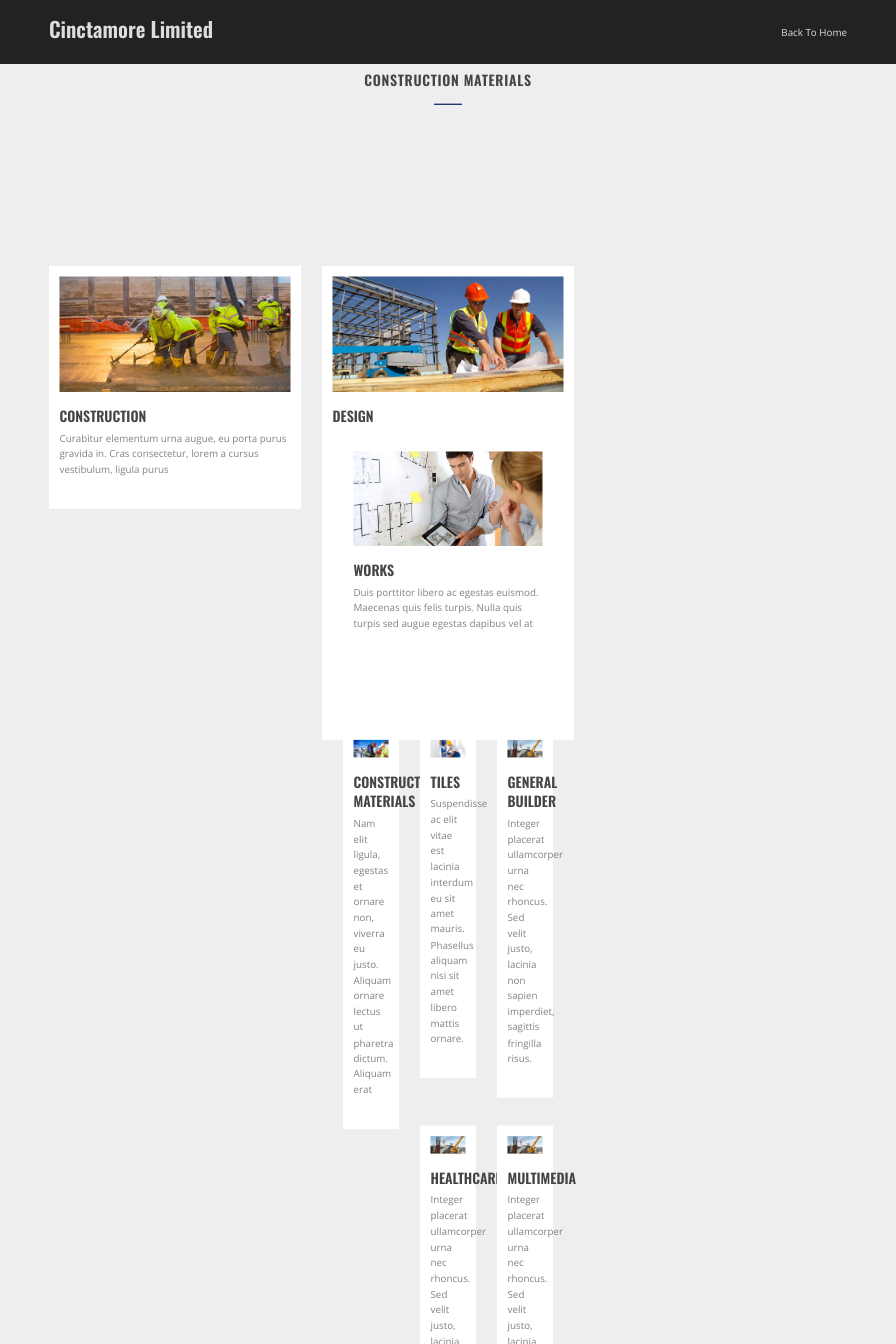
Repository: techieaccl/techieaccl.github.io
Page: construction-materials.html
The author's editor kept a copy of each file at every save. The page is drawn from the files as they stood at one save, then again after the next save.
The browser window is 1280 px wide. The pictures show the part of the page from y = 0 to 1920 px (the page is 2813 px tall before and 1726 px after), at 70% of full size.
Some web fonts or font styles are not loaded; a fallback is used.

Above is the page before, as saved 2021-09-07 08:57:19.

### construction-materials.html
<!DOCTYPE html>
<html>
    <head>
		<title>Construction Materials</title>
		<meta charset="utf-8">
		<meta name="viewport" content="width=device-width, initial-scale=1.0, maximum-scale=1.0, user-scalable=no">
		<meta name="format-detection" content="telephone=no">
		<meta name="apple-mobile-web-app-capable" content="yes">
		<!-- Fonts-->
		<link rel="stylesheet" type="text/css" href="assets/fonts/fontawesome/font-awesome.min.css">
		<link rel="stylesheet" type="text/css" href="assets/fonts/pe-icon/pe-icon.css">
		<!-- Vendors-->
		<link rel="stylesheet" type="text/css" href="assets/vendors/bootstrap/grid.css">
		<link rel="stylesheet" type="text/css" href="assets/vendors/magnific-popup/magnific-popup.min.css">
		<link rel="stylesheet" type="text/css" href="assets/vendors/swiper/swiper.css">
		<!-- App & fonts-->
		<link rel="stylesheet" type="text/css" href="https://fonts.googleapis.com/css?family=Open+Sans:400,700|Oswald:400,600|Playfair+Display:400i">
		<link rel="stylesheet" type="text/css" href="assets/css/main.css"><!--[if lt IE 9]>
			<script src="https://oss.maxcdn.com/libs/html5shiv/3.7.0/html5shiv.js"></script>
		<![endif]-->
	</head>

    <body>
                <!-- preload -->
				<div class="preload" id="preload">
					<div class="cssload-spin-box"></div>
				</div><!-- End / preload -->


        <div class="page-wrap">
            <!-- header -->
			<header class="header header-fixheight header--fixed">
				<div class="container">
					<div class="header__inner">
						<div class="header-logo">
							<!-- <a href="home.html"><img src="assets/img/logo_white.png" alt=""/></a> -->
							<h1><strong>Cinctamore Limited</strong></h1>
						</div>
						<!-- raising-menu -->
                        <ul class="raising-menu-generic">
                            <li><a href="index.html">Back To Home</a>
                            </li>
                        </ul><!-- raising-menu -->

					</div>
				</div>
			</header><!-- End / header -->

            <!-- Content-->
			<div class="md-content">
                <!-- Section -->
				<section class="md-section">
					<div class="container">
						<div class="row">
							<div class="col-lg-8 col-xs-offset-0 col-sm-offset-0 col-md-offset-0 col-lg-offset-2 ">

								<!-- sec-title -->
								<div class="sec-title sec-title__lg-title md-text-center">
									<h2 class="sec-title__title">Construction Materials</h2><span class="sec-title__divider"></span>
								</div><!-- End / sec-title -->

							</div>
						</div>
					</div>
				</section>
				<!-- End / Section -->

				<!-- Section -->
				<section class="md-section" id="id3">
					<div class="container">
						<div class="row row-eq-height">
							<div class="col-sm-6 col-md-6 col-lg-4 ">

								<!-- services -->
								<div class="services">
									<div class="services__img"><img src="assets/img/service/1.jpg" alt=""/></div>
									<h2 class="services__title"><a href="construction.html">Construction</a></h2>
									<div class="services__desc">Curabitur elementum urna augue, eu porta purus gravida in. Cras consectetur, lorem a cursus vestibulum, ligula purus</div>


								</div><!-- End / services -->

							</div>
							<div class="col-sm-6 col-md-6 col-lg-4 ">

								<!-- services -->
								<div class="services">
									<div class="services__img"><img src="assets/img/service/2.jpg" alt=""/></div>
									<h2 class="services__title"><a href="design.html">Design</a></h2>
									<div class="services__

								</div><!-- End / services -->

							</div>
							<div class="col-sm-6 col-md-6 col-lg-4 ">

								<!-- services -->
								<div class="services">
									<div class="services__img"><img src="assets/img/service/3.jpg" alt=""/></div>
									<h2 class="services__title"><a href="works.html">Works</a></h2>
									<div class="services__desc">Duis porttitor libero ac egestas euismod. Maecenas quis felis turpis. Nulla quis turpis sed augue egestas dapibus vel at</div>


								</div><!-- End / services -->

							</div>
							<div class="col-sm-6 col-md-6 col-lg-4 ">

								<!-- services -->
								<div class="services">
									<div class="services__img"><img src="assets/img/service/4.jpg" alt=""/></div>
									<h2 class="services__title"><a href="construction-materials.html">Construction Materials</a></h2>
									<div class="services__desc">Nam elit ligula, egestas et ornare non, viverra eu justo. Aliquam ornare lectus ut pharetra dictum. Aliquam erat</div>


								</div><!-- End / services -->

							</div>
							<div class="col-sm-6 col-md-6 col-lg-4 ">

								<!-- services -->
								<div class="services">
									<div class="services__img"><img src="assets/img/service/5.jpg" alt=""/></div>
									<h2 class="services__title"><a href="tiles.html">Tiles</a></h2>
									<div class="services__desc">Suspendisse ac elit vitae est lacinia interdum eu sit amet mauris. Phasellus aliquam nisi sit amet libero mattis ornare.</div>


								</div><!-- End / services -->

							</div>
							<div class="col-sm-6 col-md-6 col-lg-4 ">

								<!-- services -->
								<div class="services">
									<div class="services__img"><img src="assets/img/service/6.jpg" alt=""/></div>
									<h2 class="services__title"><a href="general-builder.html">General Builder</a></h2>
									<div class="services__desc">Integer placerat ullamcorper urna nec rhoncus. Sed velit justo, lacinia non sapien imperdiet, sagittis fringilla risus.</div>


								</div><!-- End / services -->

							</div>
							<div class="col-sm-6 col-md-6 col-lg-4 ">

								<!-- services -->
								<div class="services">
									<div class="services__img"><img src="assets/img/service/6.jpg" alt=""/></div>
									<h2 class="services__title"><a href="healthcare.html">HealthCare</a></h2>
									<div class="services__desc">Integer placerat ullamcorper urna nec rhoncus. Sed velit justo, lacinia non sapien imperdiet, sagittis fringilla risus.</div>


								</div><!-- End / services -->

							</div>
							<div class="col-sm-6 col-md-6 col-lg-4 ">

								<!-- services -->
								<div class="services">
									<div class="services__img"><img src="assets/img/service/6.jpg" alt=""/></div>
									<h2 class="services__title"><a href="multimedia.html">MultiMedia</a></h2>
									<div class="services__desc">Integer placerat ullamcorper urna nec rhoncus. Sed velit justo, lacinia non sapien imperdiet, sagittis fringilla risus.</div>


								</div><!-- End / services -->

							</div>
							<div class="col-sm-6 col-md-6 col-lg-4 ">

								<!-- services -->
								<div class="services">
									<div class="services__img"><img src="assets/img/service/6.jpg" alt=""/></div>
									<h2 class="services__title"><a href="digital-fabrication.html">Digital Fabrication</a></h2>
									<div class="services__desc">Integer placerat ullamcorper urna nec rhoncus. Sed velit justo, lacinia non sapien imperdiet, sagittis fringilla risus.</div>


								</div><!-- End / services -->

							</div>
						</div>
					</div>
				</section>
				<!-- End / Section -->
            </div>
			<!-- End / Content-->
        </div>
    </body>
</html>

Loaded but not shown: assets/fonts/fontawesome/font-awesome.min.css (library); assets/fonts/pe-icon/pe-icon.css (common file); assets/vendors/bootstrap/grid.css (library); assets/vendors/magnific-popup/magnific-popup.min.css (library); assets/vendors/swiper/swiper.css (library); assets/css/main.css (4043 lines, source omitted)

After the next save:
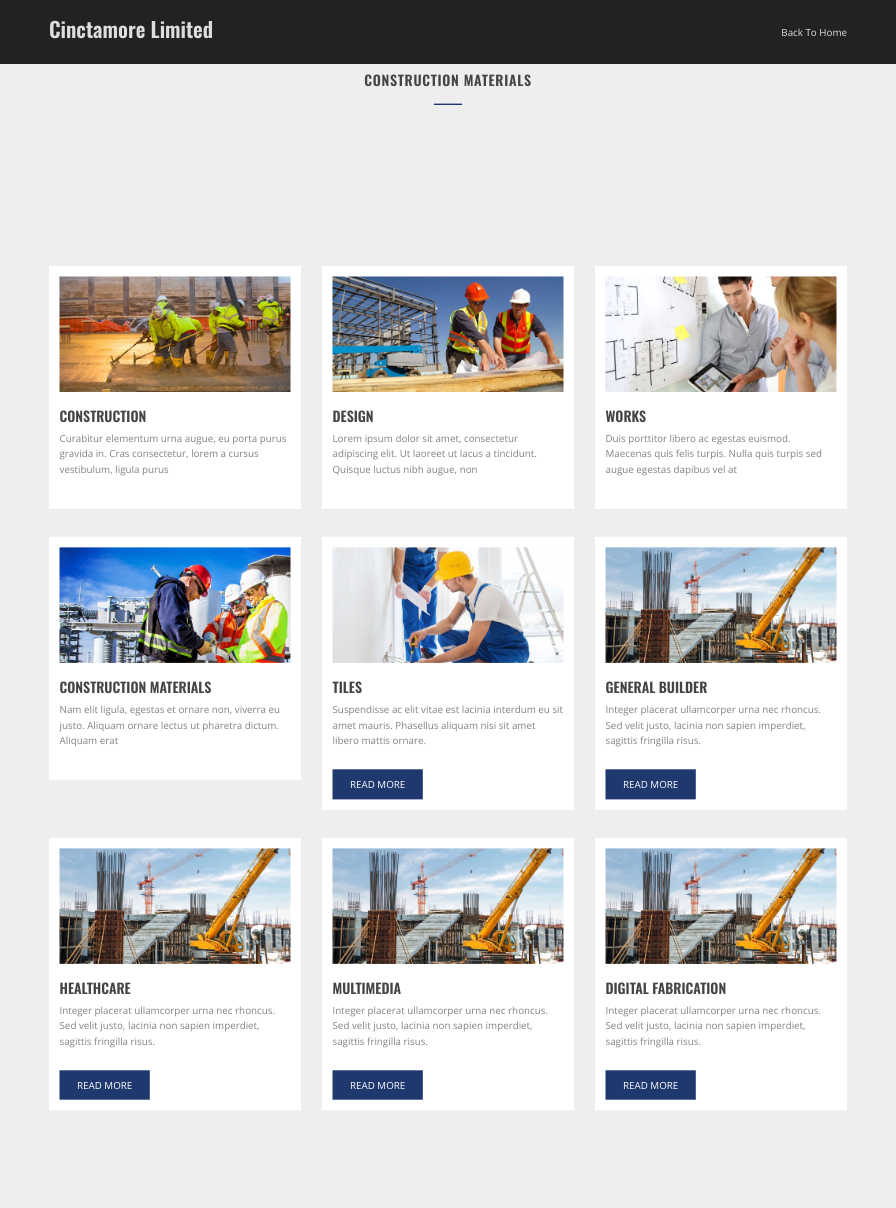
Saved 46 s later.
--- a/construction-materials.html
+++ b/construction-materials.html
@@ -87,7 +87,8 @@
 								<div class="services">
 									<div class="services__img"><img src="assets/img/service/2.jpg" alt=""/></div>
 									<h2 class="services__title"><a href="design.html">Design</a></h2>
-									<div class="services__
+									<div class="services__desc">Lorem ipsum dolor sit amet, consectetur adipiscing elit. Ut laoreet ut lacus a tincidunt. Quisque luctus nibh augue, non</div>
+
 
 								</div><!-- End / services -->
 
@@ -124,6 +125,9 @@
 									<h2 class="services__title"><a href="tiles.html">Tiles</a></h2>
 									<div class="services__desc">Suspendisse ac elit vitae est lacinia interdum eu sit amet mauris. Phasellus aliquam nisi sit amet libero mattis ornare.</div>
 
+									<!-- btn -->
+									<a class="btn btn btn-primary btn-custom" href="tiles.html">read more
+									</a><!-- End / btn -->
 
 								</div><!-- End / services -->
 
@@ -136,6 +140,9 @@
 									<h2 class="services__title"><a href="general-builder.html">General Builder</a></h2>
 									<div class="services__desc">Integer placerat ullamcorper urna nec rhoncus. Sed velit justo, lacinia non sapien imperdiet, sagittis fringilla risus.</div>
 
+									<!-- btn -->
+									<a class="btn btn btn-primary btn-custom" href="general-builder.html">read more
+									</a><!-- End / btn -->
 
 								</div><!-- End / services -->
 
@@ -148,6 +155,9 @@
 									<h2 class="services__title"><a href="healthcare.html">HealthCare</a></h2>
 									<div class="services__desc">Integer placerat ullamcorper urna nec rhoncus. Sed velit justo, lacinia non sapien imperdiet, sagittis fringilla risus.</div>
 
+									<!-- btn -->
+									<a class="btn btn btn-primary btn-custom" href="healthcare.html">read more
+									</a><!-- End / btn -->
 
 								</div><!-- End / services -->
 
@@ -160,6 +170,9 @@
 									<h2 class="services__title"><a href="multimedia.html">MultiMedia</a></h2>
 									<div class="services__desc">Integer placerat ullamcorper urna nec rhoncus. Sed velit justo, lacinia non sapien imperdiet, sagittis fringilla risus.</div>
 
+									<!-- btn -->
+									<a class="btn btn btn-primary btn-custom" href="multimedia.html">read more
+									</a><!-- End / btn -->
 
 								</div><!-- End / services -->
 
@@ -172,6 +185,9 @@
 									<h2 class="services__title"><a href="digital-fabrication.html">Digital Fabrication</a></h2>
 									<div class="services__desc">Integer placerat ullamcorper urna nec rhoncus. Sed velit justo, lacinia non sapien imperdiet, sagittis fringilla risus.</div>
 
+									<!-- btn -->
+									<a class="btn btn btn-primary btn-custom" href="digital-fabrication.html">read more
+									</a><!-- End / btn -->
 
 								</div><!-- End / services -->
 
